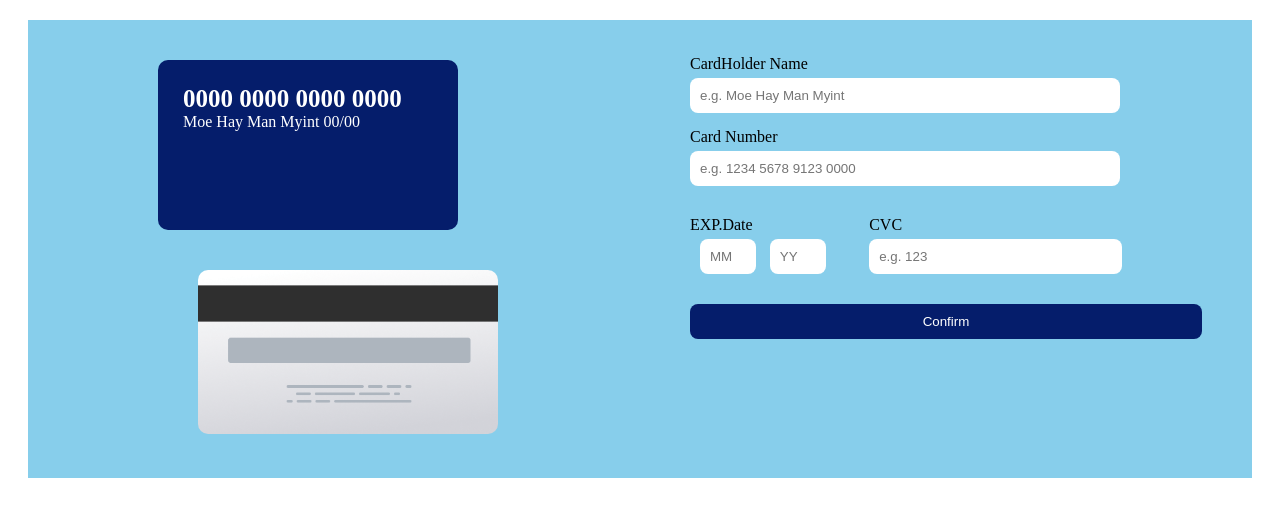
Repository: moehaymanmyint/Interactive-Card-Details-Form
Page: index.html
These files come from the project's save history. The page is drawn as it stood at one moment and after the next save; the edit follows.
The browser window is 1280 px wide. The pictures show the whole page.

Above is the page before, as saved 2024-10-16 22:09:42.

### index.html
<!DOCTYPE html>
<html lang="en">
<head>
    <meta charset="UTF-8">
    <meta name="viewport" content="width=device-width, initial-scale=1.0">
    <title>Interactive Card Details Form</title>
    <link rel="stylesheet" href="style.css">
</head>
<body>
    <div class="container">
        <!-- Left Side -->
    <div class="left-container">
        <div class="front-card">
            <div class="number">0000 0000 0000 0000</div>
            <span class="name">Moe Hay Man Myint</span>
            <span class="date">00/00</span>
        </div>
        <div class="back-card">
            <img src="./img/bg-card-back.png" alt="">
        </div>
    </div>

    <!-- Right Side -->
    <div class="right-container">
        <form action="">
            <div class="card-name">
                <label for="">CardHolder Name</label><br>
                <input type="text" placeholder="e.g. Moe Hay Man Myint" class="card-input">
            </div>
            <div class="card-number">
                <label for="">Card Number</label><br>
                <input type="number" placeholder="e.g. 1234 5678 9123 0000" class="card-input">
            </div>
            <div class="card-info">
                <div class="" style="width: 35%;">
                    <label for="">EXP.Date</label><br>
                    <input type="text" placeholder="MM" class="card-date">
                    <input type="text" placeholder="YY" class="card-date">
                </div>
                <div class="cvc" style="width: 65%;">
                    <label for="">CVC</label><br>
                    <input type="number" placeholder="e.g. 123" class="card-cvc">
                </div>
            </div>

            <div class="btn">
                <input type="submit" value="Confirm" class="confirm-btn">
            </div>
        </form>
    </div>
    </div>
</body>
</html>

### style.css
.container{
    background-color: skyblue;
    display: flex;
    justify-content: center;
    margin: 20px;
}

.left-container,
.right-container {
    margin: 20px 50px;
    width: 50%;
}

.front-card{
    background-color: rgb(5, 29, 107);
    color: white;
    padding: 25px;
    border-radius: 10px;
    height: 120px;
    width: 250px;
    margin: 20px 80px;
}

.front-card .number{
    font-size: 25px;
    font-weight: bold;
}

.back-card img{
    width: 300px;
    margin: 20px 40px;
    border-radius: 10px;
    margin-left: 120px;
}

.right-container div{
    margin: 15px 0;
}
.right-container .card-input{
    margin-top: 5px;
    border: none;
    padding: 10px;
    border-radius: 8px;
    width: 80%;
}

.confirm-btn{
    background-color: rgb(5, 29, 107);
    color: white;
    width: 100%;
    border: none;
    padding: 10px;
    border-radius: 8px;
}

.card-info{
    display: flex;
    justify-content: start;
}

.card-date{
    margin-top: 5px;
    margin-left: 10px;
    border: none;
    padding: 10px;
    border-radius: 8px;
    width: 20%;
}

.card-cvc{
    margin-top: 5px;
    border: none;
    padding: 10px;
    border-radius: 8px;
    width: 70%;
}

After the next save:
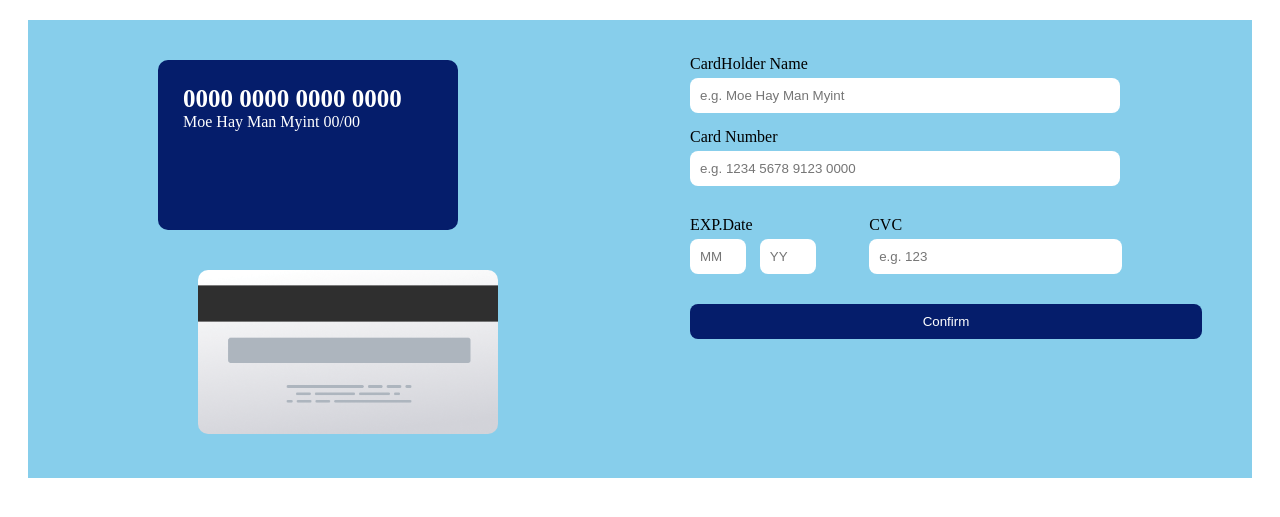
Saved 7 s later.
--- a/style.css
+++ b/style.css
@@ -60,7 +60,7 @@
 
 .card-date{
     margin-top: 5px;
-    margin-left: 10px;
+    margin-right: 10px;
     border: none;
     padding: 10px;
     border-radius: 8px;
